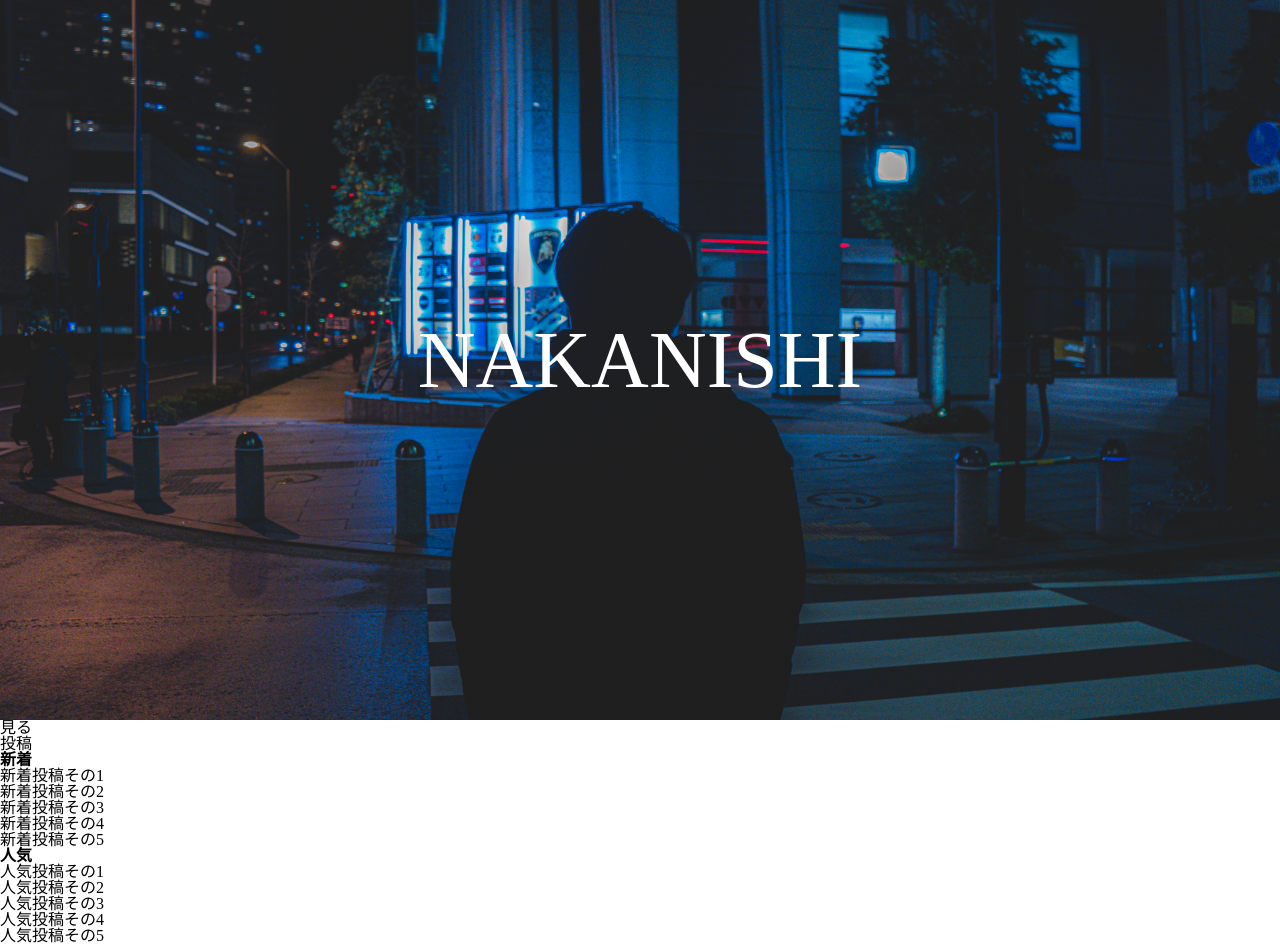
Repository: KustomApe/LandorusInc
Page: index.html
The author's editor kept a copy of each file at every save. The page is drawn from the files as they stood at one save, then again after the next save.
The browser window is 1280 px wide. The pictures show the whole page.

Above is the page before, as saved 2021-07-24 12:59:58.

### index.html
<!DOCTYPE html>
<html lang="ja">
<head>
    <meta charset="UTF-8">
    <meta http-equiv="X-UA-Compatible" content="IE=edge">
    <meta name="viewport" content="width=device-width, initial-scale=1.0">
    <title>掲示板</title>
    <link rel="stylesheet" href="./assets/css/html5doctor.css">
    <link rel="stylesheet" href="./assets/css/style.css">
</head>
<body>
<div id="wrap">
    <div id="main_img">
        <h1>NAKANISHI</h1>
    </div>
    <div class="contents">
        <ul>
            <li>見る</li>
            <li>投稿</li>
        </ul>
        <h2>新着</h2>
        <ul>
            <li>新着投稿その1</li>
            <li>新着投稿その2</li>
            <li>新着投稿その3</li>
            <li>新着投稿その4</li>
            <li>新着投稿その5</li>
        </ul>
        <h2>人気</h2>
        <ul>
            <li>人気投稿その1</li>
            <li>人気投稿その2</li>
            <li>人気投稿その3</li>
            <li>人気投稿その4</li>
            <li>人気投稿その5</li>
        </ul>
    </div>
</div>
</body>
</html>

### assets/css/html5doctor.css
html, body, div, span, object, iframe,
h1, h2, h3, h4, h5, h6, p, blockquote, pre,
abbr, address, cite, code,
del, dfn, em, img, ins, kbd, q, samp,
small, strong, sub, sup, var,
b, i,
dl, dt, dd, ol, ul, li,
fieldset, form, label, legend,
table, caption, tbody, tfoot, thead, tr, th, td,
article, aside, canvas, details, figcaption, figure,
footer, header, hgroup, menu, nav, section, summary,
time, mark, audio, video {
    margin:0;
    padding:0;
    border:0;
    outline:0;
    font-size:100%;
    vertical-align:baseline;
    background:transparent;
}

body {
    line-height:1;
}

article,aside,details,figcaption,figure,
footer,header,hgroup,menu,nav,section {
    display:block;
}

nav ul {
    list-style:none;
}

blockquote, q {
    quotes:none;
}

blockquote:before, blockquote:after,
q:before, q:after {
    content:'';
    content:none;
}

a {
    margin:0;
    padding:0;
    font-size:100%;
    vertical-align:baseline;
    background:transparent;
}

/* change colours to suit your needs */
ins {
    background-color:#ff9;
    color:#000;
    text-decoration:none;
}

/* change colours to suit your needs */
mark {
    background-color:#ff9;
    color:#000;
    font-style:italic;
    font-weight:bold;
}

del {
    text-decoration: line-through;
}

abbr[title], dfn[title] {
    border-bottom:1px dotted;
    cursor:help;
}

table {
    border-collapse:collapse;
    border-spacing:0;
}

/* change border colour to suit your needs */
hr {
    display:block;
    height:1px;
    border:0;
    border-top:1px solid #cccccc;
    margin:1em 0;
    padding:0;
}

input, select {
    vertical-align:middle;
}

### assets/css/style.css
@charset "utf-8";

body {
    width: 100%;
    max-width: 1920px;
}

div#main_img {
    position: relative;
    display: block;
    width: 100%;
    height: 100vh;
    background: url('../img/main.jpg');
    background-size: cover;
}

div#main_img h1 {
    position: absolute;
    top: 50%;
    left: 50%;
    transform: translate(-50%, -50%);
    -webkit-transform: translate(-50%, -50%);
    -ms-transform: translate(-50%, -50%);
    color: #fff;
    font-size: 5rem;
    font-weight: lighter;
}

After the next save:
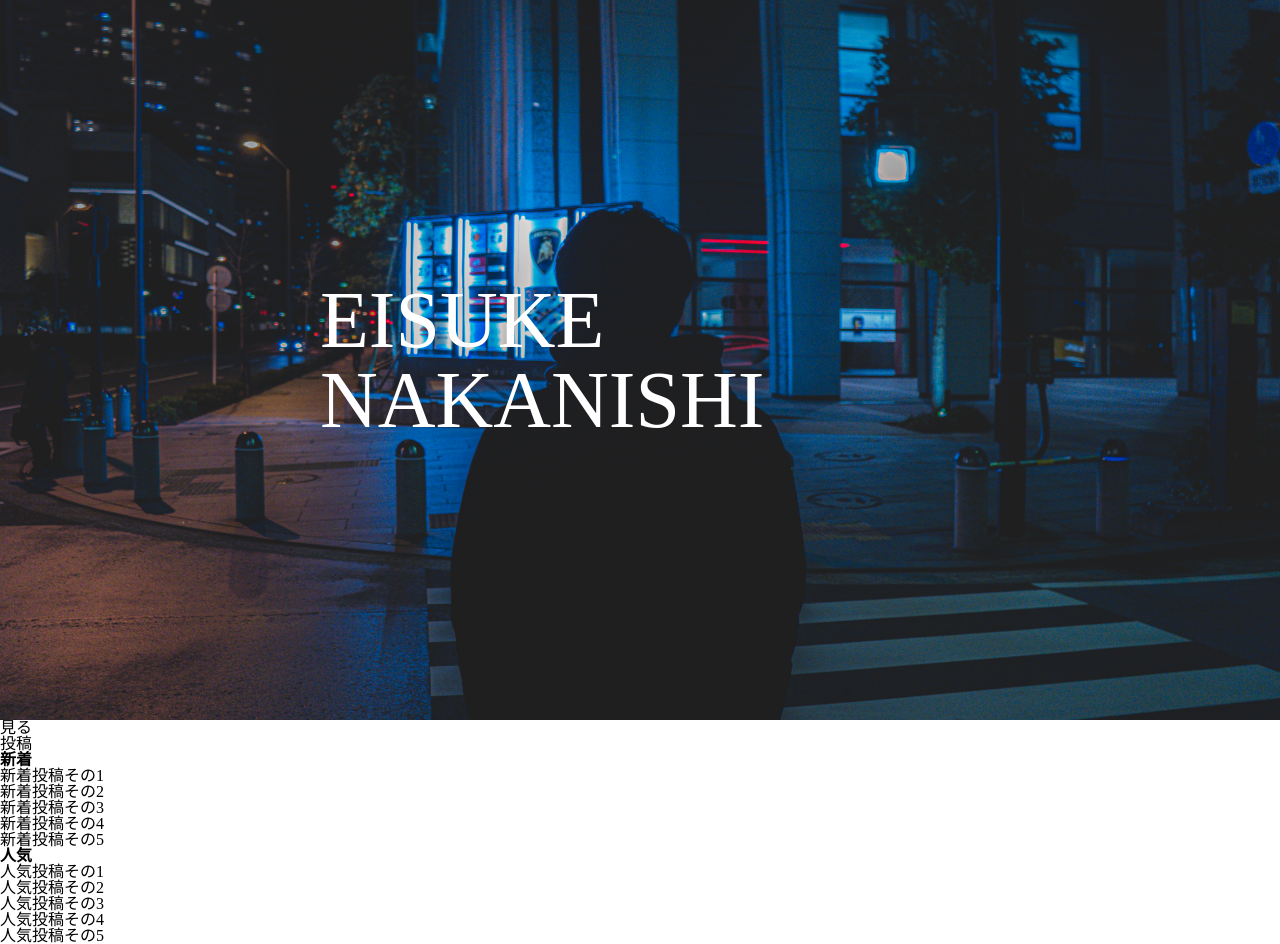
Saved 8 s later.
--- a/index.html
+++ b/index.html
@@ -11,7 +11,7 @@
 <body>
 <div id="wrap">
     <div id="main_img">
-        <h1>NAKANISHI</h1>
+        <h1>EISUKE NAKANISHI</h1>
     </div>
     <div class="contents">
         <ul>
